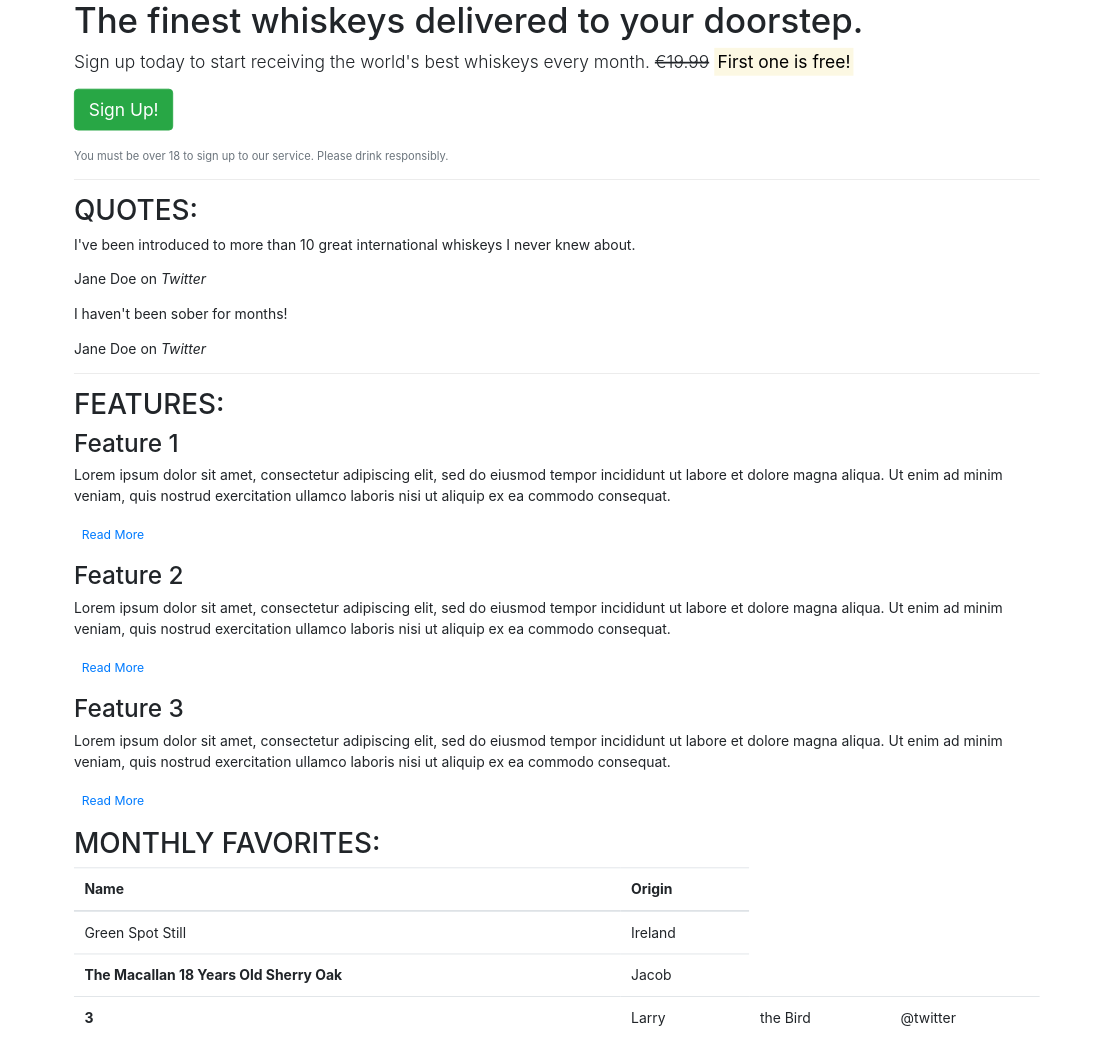
Repository: grisselfaura/BootstrappingYourNextBigIdea-BS4
Page: index.html
The author's editor kept a record of every edit. The page is drawn from the files as they stood at one moment, then again after the next edit.
The browser window is 1280 px wide. The pictures show the whole page, at 87% of full size.

Above is the page before.

### index.html
<!DOCTYPE html>
<html lang="en-us">

<head>
    <meta charset="utf-8">
    <meta name="viewport" content="width=device-width, initial-scale=1.0">
    <title>Whiskey Drop | Taste a new whiskey every month</title>
    <link rel="stylesheet" href="https://maxcdn.bootstrapcdn.com/bootstrap/4.1.3/css/bootstrap.min.css">
</head>

<body>
    <article class="container">
        <!-- Callout -->
        <section class="callout">
            <h1>The finest whiskeys delivered to your doorstep.</h1>
            <p class="lead">Sign up today to start receiving the world's best whiskeys every month. <s>€19.99</s> <strong><mark>First one is free!</mark></strong></p>
            <p><button class="btn btn-lg btn-success">Sign Up!</button></p>
            <p class="text-muted"><small>You must be over 18 to sign up to our service. Please drink responsibly.</small></p>
        </section>
        <!-- /.callout -->
        <hr>

        <!-- Quotes -->
        <section class="quotes">
            <h2 class="text-uppercase">Quotes:</h2>
            <blockquote class="quote">
                <p>I've been introduced to more than 10 great international whiskeys I never knew about.</p>
                <footer>Jane Doe on <cite title="Twitter">Twitter</cite></footer>
            </blockquote>
            <blockquote class="quote">
                <p>I haven't been sober for months!</p>
                <footer>Jane Doe on <cite title="Twitter">Twitter</cite></footer>
            </blockquote>
        </section>
        <!-- /.quotes -->
        <hr>

        <!-- Features -->
        <section class="features">
            <h2 class="text-uppercase">Features:</h2>
            <div class="feature">
                <h3>Feature 1</h3>
                <p>Lorem ipsum dolor sit amet, consectetur adipiscing elit, sed do eiusmod tempor incididunt ut labore et dolore magna aliqua. Ut enim ad minim veniam, quis nostrud exercitation ullamco laboris nisi ut aliquip ex ea commodo consequat.</p>
                <p><a class="btn btn-sm btn-default" href="">Read More</a></p>
            </div>
            <div class="feature">
                <h3>Feature 2</h3>
                <p>Lorem ipsum dolor sit amet, consectetur adipiscing elit, sed do eiusmod tempor incididunt ut labore et dolore magna aliqua. Ut enim ad minim veniam, quis nostrud exercitation ullamco laboris nisi ut aliquip ex ea commodo consequat.</p>
                <p><a class="btn btn-sm btn-default" href="">Read More</a></p>
            </div>
            <div class="feature">
                <h3>Feature 3</h3>
                <p>Lorem ipsum dolor sit amet, consectetur adipiscing elit, sed do eiusmod tempor incididunt ut labore et dolore magna aliqua. Ut enim ad minim veniam, quis nostrud exercitation ullamco laboris nisi ut aliquip ex ea commodo consequat.</p>
                <p><a class="btn btn-sm btn-default" href="">Read More</a></p>
            </div>
        </section>
        <!-- /.features -->
         <section class="Monthly favorites">
             <h2 class="text-uppercase">Monthly favorites:</h2>
             <table class="table">
          <thead>
            <tr>
              <th scope="col">Name</th>
              <th scope="col">Origin</th>
            </tr>
          </thead>
          <tbody>
            <tr>
              <td>Green Spot Still</td>
              <td>Ireland</td>
            </tr>
            <tr>
              <th scope="row">The Macallan 18 Years Old Sherry Oak</th>
              <td>Jacob</td>
            </tr>
            <tr>
              <th scope="row">3</th>
              <td>Larry</td>
              <td>the Bird</td>
              <td>@twitter</td>
            </tr>
          </tbody>
        </table>
         </section>
    </article>
</body>

</html>

After the next edit:
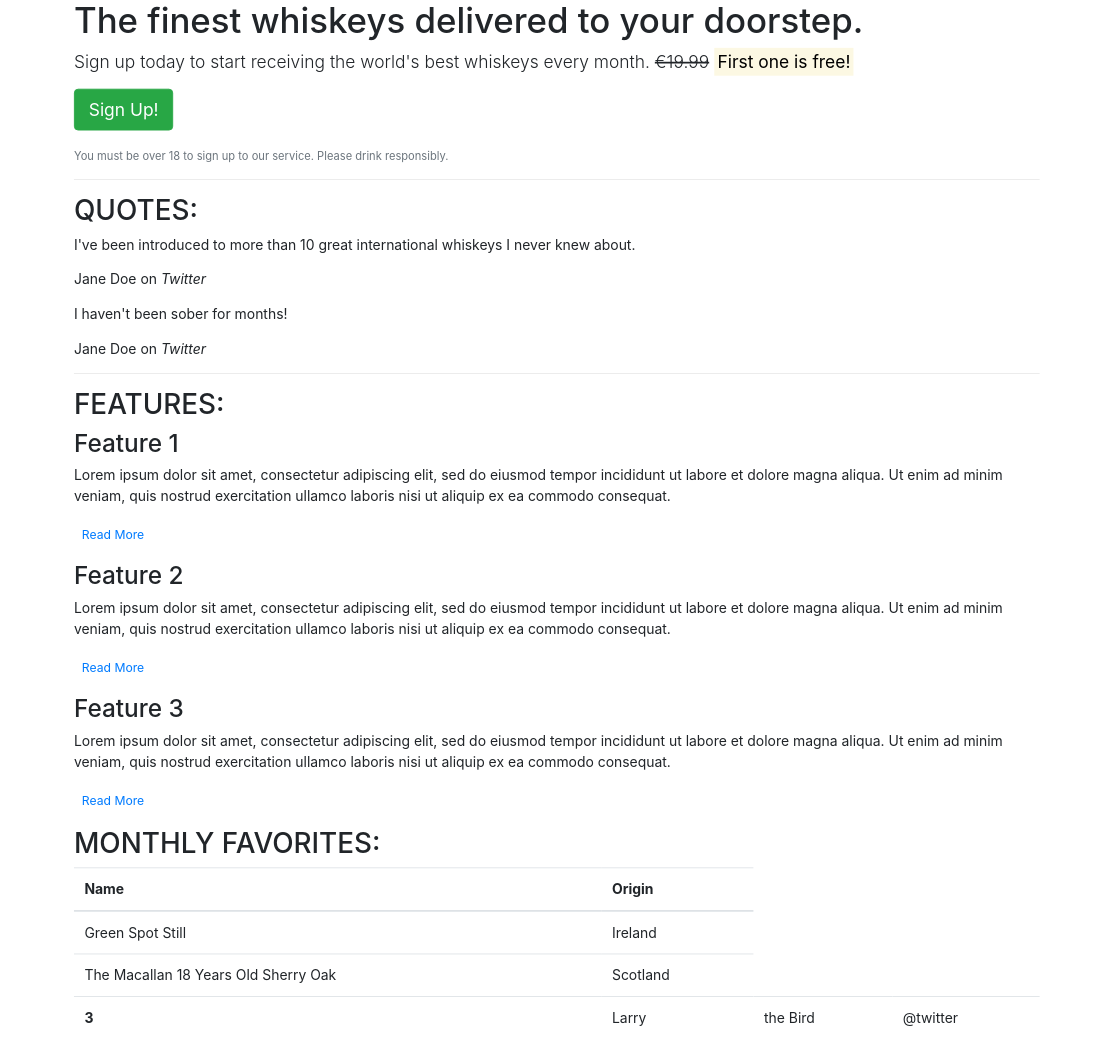
The edit:
--- a/index.html
+++ b/index.html
@@ -70,8 +70,8 @@
               <td>Ireland</td>
             </tr>
             <tr>
-              <th scope="row">The Macallan 18 Years Old Sherry Oak</th>
-              <td>Jacob</td>
+              <td>The Macallan 18 Years Old Sherry Oak</td>
+              <td>Scotland</td>
             </tr>
             <tr>
               <th scope="row">3</th>
